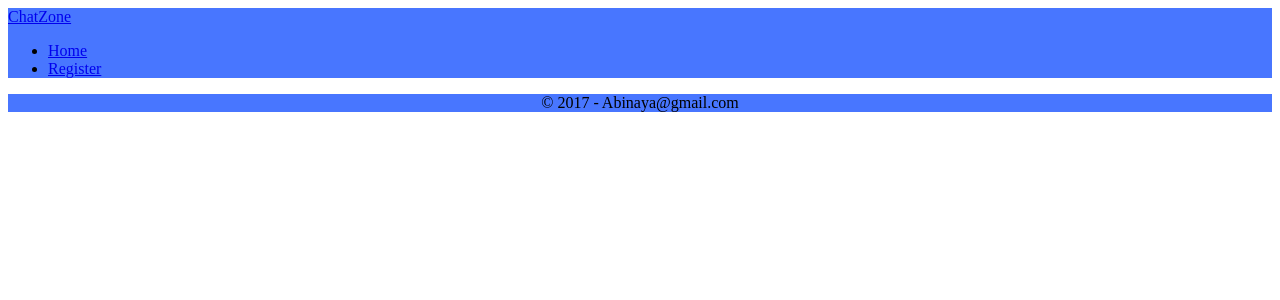
Repository: Abinayasivapraba/ChatProject
Page: FireChat/WebContent/Home/Header.html
An editor plug-in stored every save of this project. The page is shown before and after the next save, followed by the edit.
The browser window is 1280 px wide. The pictures show the whole page.

Above is the page before, as saved 2017-08-13 08:19:41.

After the next save:
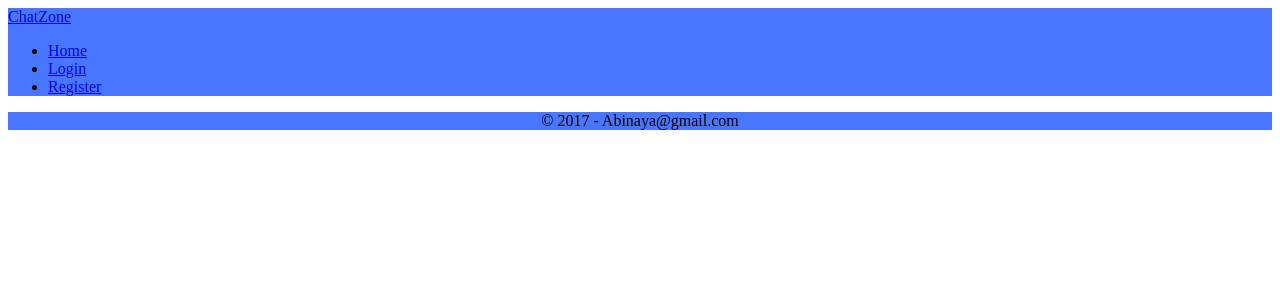
Saved 104 s later.
--- a/FireChat/WebContent/Home/Header.html
+++ b/FireChat/WebContent/Home/Header.html
@@ -15,6 +15,8 @@
     </div>
     <ul class="nav navbar-nav">
       <li class="active"><a href="#/home">Home</a></li>
+      <li class="active"><a href="#/login">Login</a></li>
+
 
 
 
